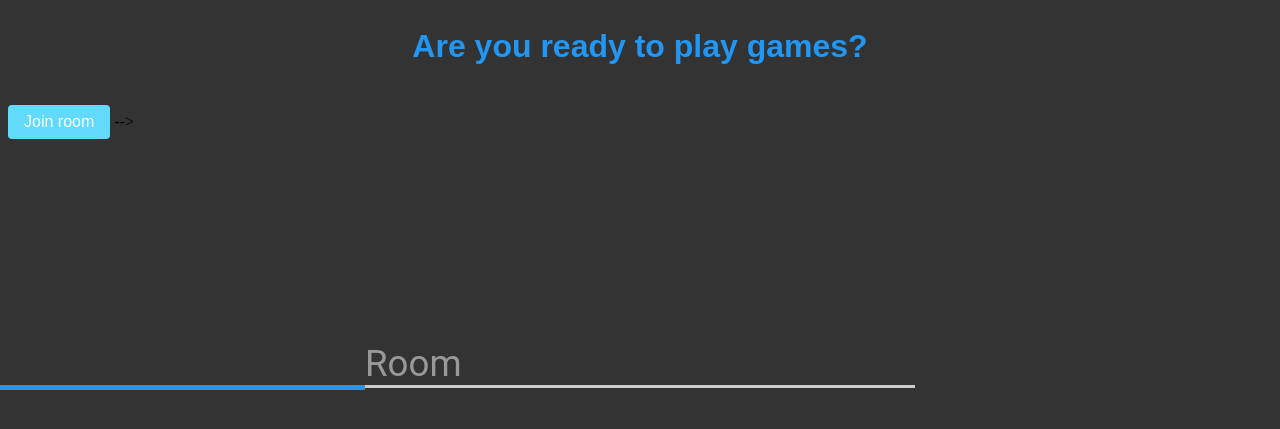
Repository: rektyyy/henhouse
Page: client/index.html
These files come from the project's save history. The page is drawn as it stood at one moment and after the next save; the edit follows.
The browser window is 1280 px wide. The pictures show the whole page.

Above is the page before, as saved 2023-12-30 10:26:20.

After the next save:
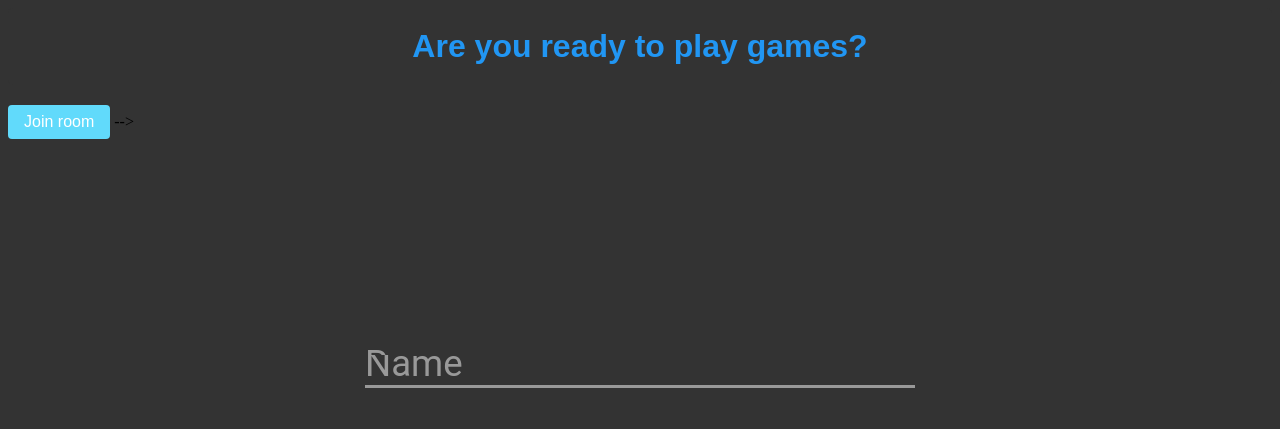
Saved 3 s later.
--- a/client/index.html
+++ b/client/index.html
@@ -10,7 +10,7 @@
 <body>
     <h1>Are you ready to play games?</h1>
     <div class="centered">
-        <div class="group">
+        <div class="group1">
             <input type="text" id="name" required>
             <label for="name">Name</label>
             <div class="bar"></div>
@@ -19,7 +19,7 @@
 
 
     <div class="centered">
-        <div class="group">
+        <div class="group2">
             <input type="text" id="room" required>
             <label for="name">Room</label>
             <div class="bar"></div>
